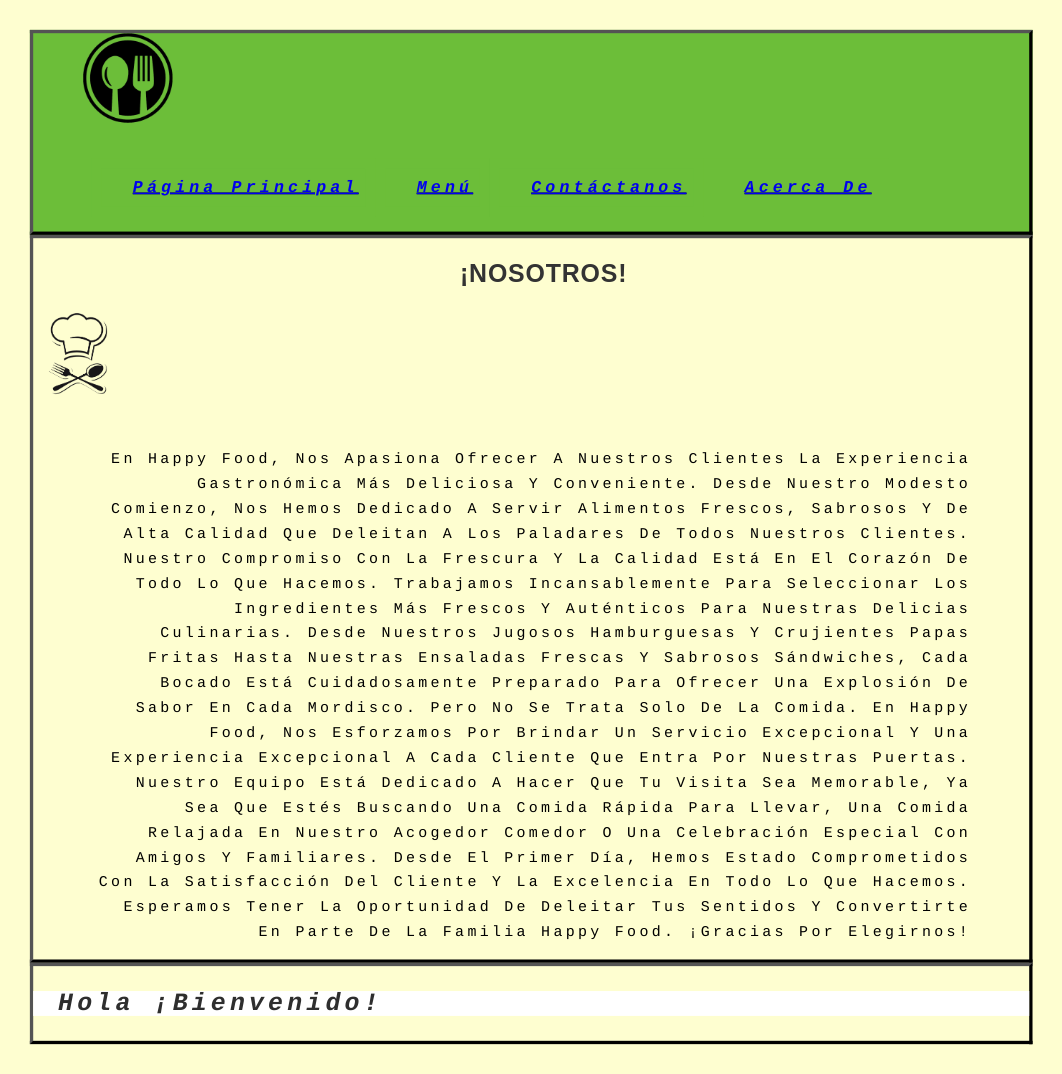
Repository: UVMCoyoacan/eq06_sitio1
Page: Carpeta docs/acercade.html
These files come from the project's save history. The page is drawn as it stood at one moment and after the next save; the edit follows.
The browser window is 1280 px wide. The pictures show the whole page, at 83% of full size.

Above is the page before, as saved 2024-04-13 22:42:43.

After the next save:
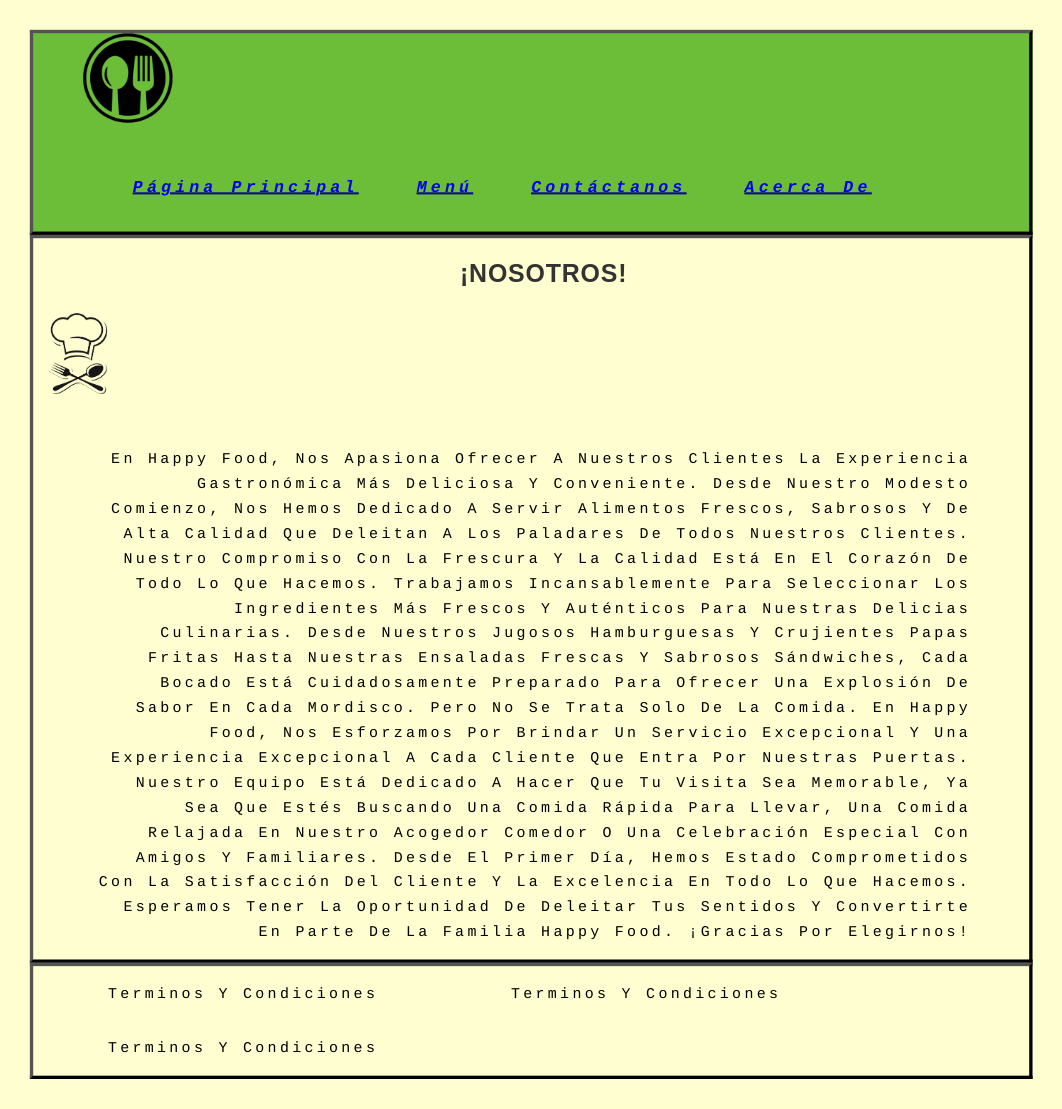
Saved 2 min 8 s later.
--- a/Carpeta docs/acercade.html
+++ b/Carpeta docs/acercade.html
@@ -47,7 +47,11 @@ Desde el primer día, hemos estado comprometidos con la satisfacción del client
     border-color: #000000;
     border-width: .4ch;">
         <footer >
-            <p>Hola ¡Bienvenido!</p>
+            <div style="display: flex;   flex-wrap: wrap;">
+                <ul>Terminos y condiciones</ul>
+                <ul>Terminos y condiciones</ul>
+                <ul>Terminos y condiciones</ul>
+            </div>
         </footer>
     </div>
     </body>
